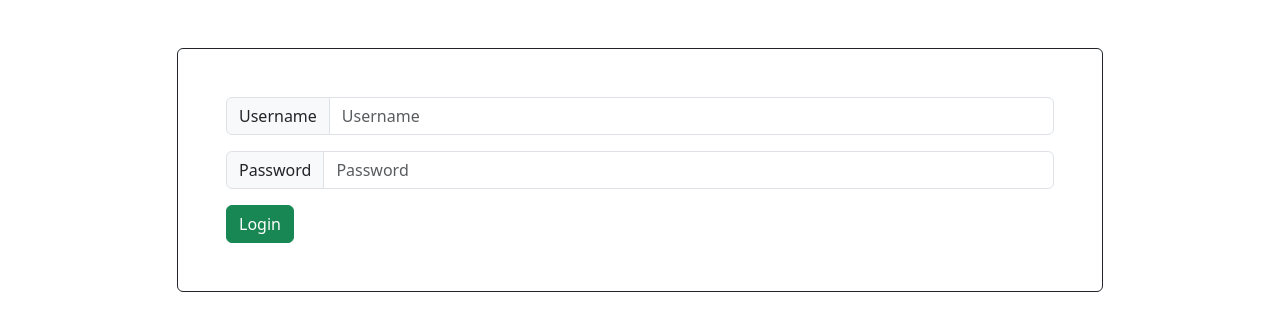
Repository: FrancescoGiordano23/WebappKebab
Page: http://localhost/EsercizioKebab/
The author's editor kept a copy of each file at every save. The page is drawn from the files as they stood at one save, then again after the next save.
The browser window is 1280 px wide. The pictures show the whole page.
The page is served by Tomcat 10.

Above is the page before, as saved 2024-08-02 12:34:06.

After the next save:
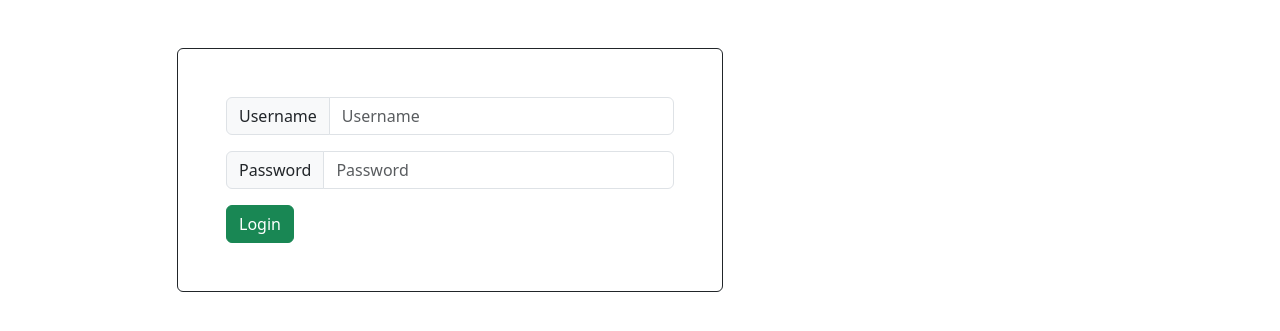
Saved 6 s later.
--- a/EsercizioKebab/src/main/webapp/login.jsp
+++ b/EsercizioKebab/src/main/webapp/login.jsp
@@ -23,7 +23,7 @@
 
 			<!-- CENTER -->
 
-			<div class="col-sm-10 col-6 ">
+			<div class="col-10 col-lg-6 ">
 				<div class="border border-dark rounded p-5 my-5">
 					<form action="LoginServlet" method="post">
 						<div class="input-group mb-3">
